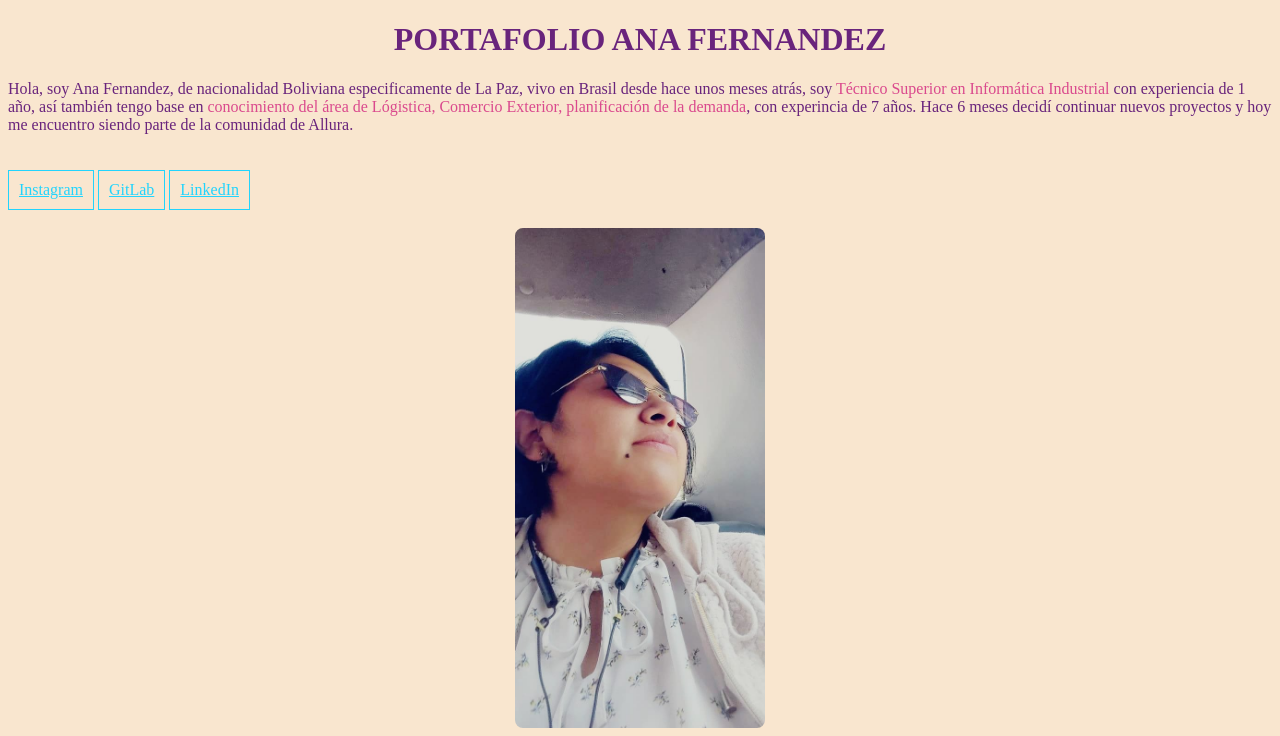
Repository: AnaFzCz/PROYECTOS-HTML---CSS2
Page: Portafolio/index.html
An editor plug-in stored every save of this project. The page is shown before and after the next save, followed by the edit.
The browser window is 1280 px wide. The pictures show the whole page.

Above is the page before, as saved 2025-01-23 07:37:35.

After the next save:
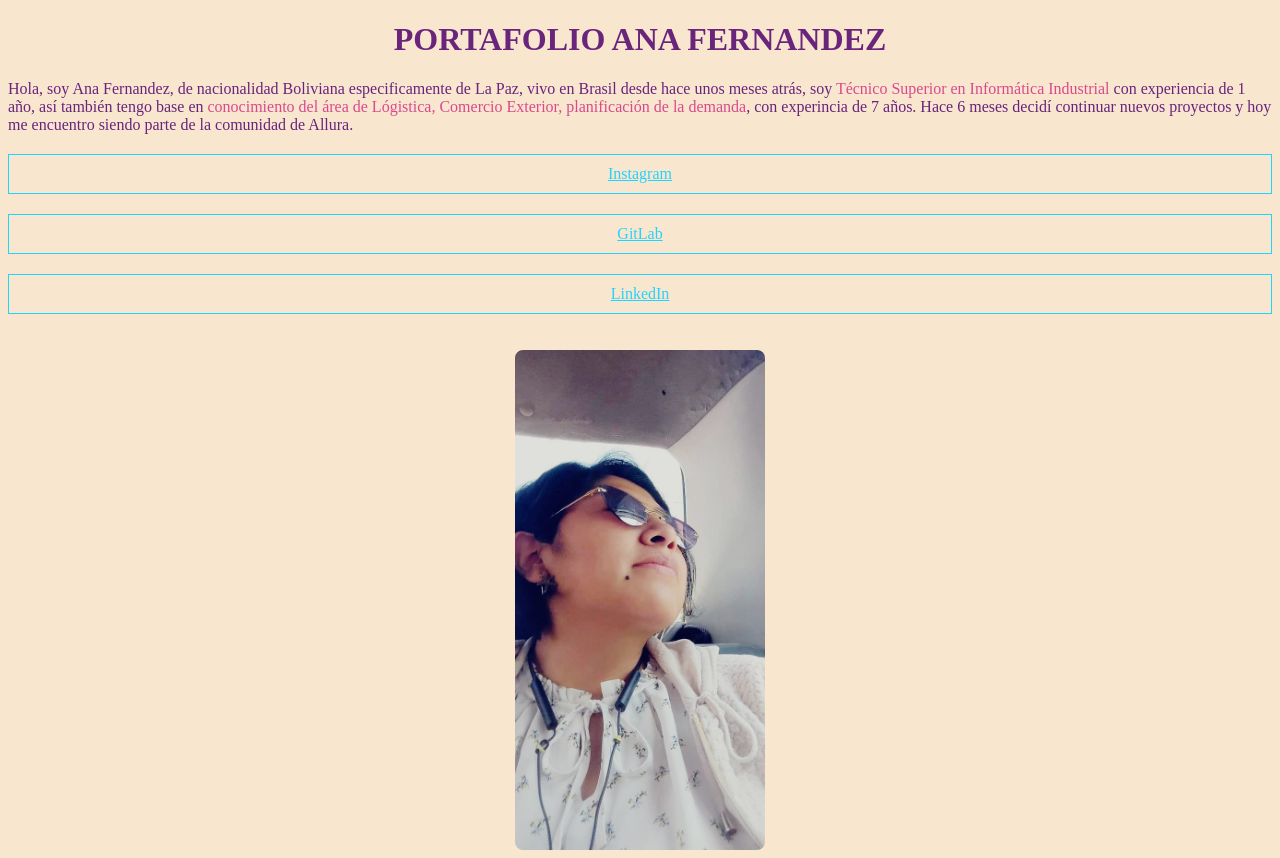
Saved 57 s later.
--- a/Portafolio/style.css
+++ b/Portafolio/style.css
@@ -33,7 +33,10 @@ img {
 
     margin-top: 20px;
     display: flex;
-    display:inline-block;
+
     justify-content: center;
 
   }
+.bloq{
+    display:inline-block;
+}
